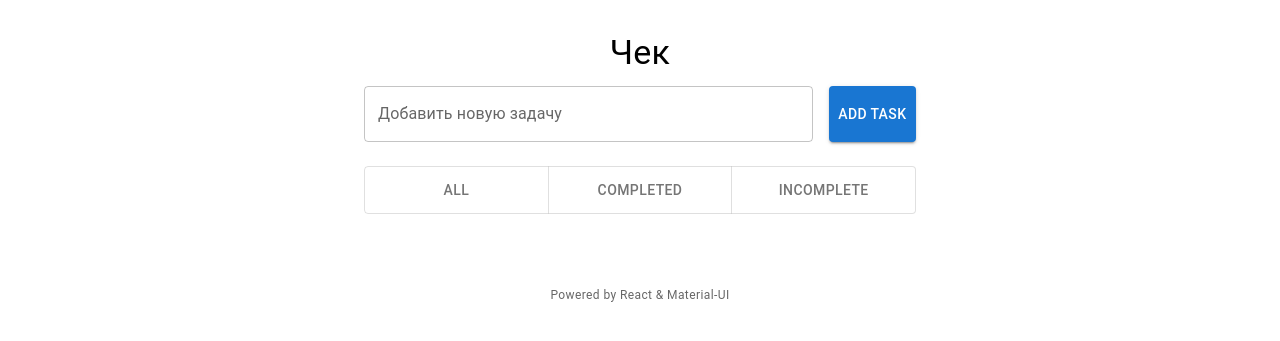
Repository: tobiaskoira/simple_web_service
Page: / (app in client/)
An editor plug-in stored every save of this project. The page is shown before and after the next save, followed by the edit.
The browser window is 1280 px wide. The pictures show the whole page.
The page's requests for data from a server got no answer. The project was rebuilt for these pictures with package versions that can differ from the ones it lists, and the page was loaded fresh each time. No one was signed in, and anything a server would have sent is missing.

Above is the page before, as saved 2024-12-22 23:31:13.

After the next save:
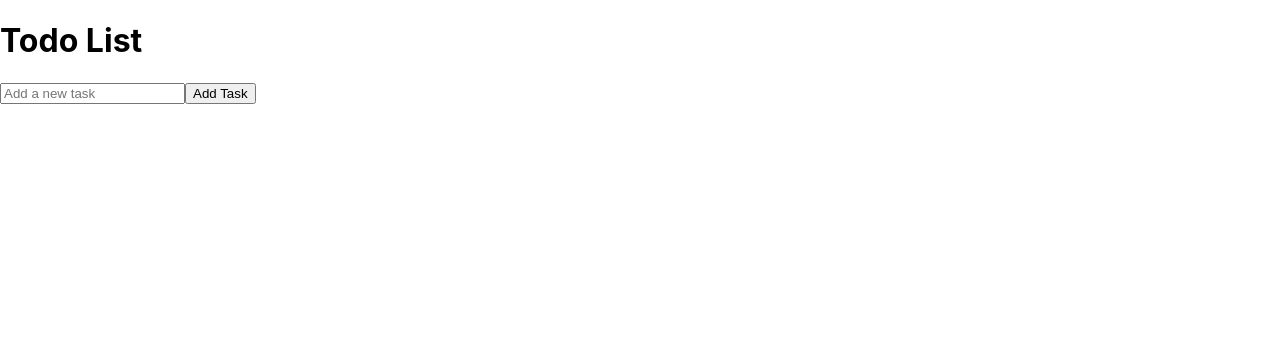
Saved 10 s later.
--- a/client/src/App.js
+++ b/client/src/App.js
@@ -1,24 +1,8 @@
 import React, { useState, useEffect } from 'react';
-import {
-    Container,
-    Typography,
-    TextField,
-    Button,
-    List,
-    ListItem,
-    ListItemText,
-    IconButton,
-    Checkbox,
-    ToggleButtonGroup,
-    ToggleButton,
-    Box,
-} from '@mui/material';
-import DeleteIcon from '@mui/icons-material/Delete';
 
 const App = () => {
     const [tasks, setTasks] = useState([]);
     const [newTask, setNewTask] = useState('');
-    const [filter, setFilter] = useState('all'); // all, completed, incomplete
 
     // Fetch tasks from backend
     useEffect(() => {
@@ -46,104 +30,24 @@ const App = () => {
         setTasks(tasks.filter((task) => task._id !== id));
     };
 
-    // Toggle task completion
-    const toggleCompletion = async (id, completed) => {
-        const response = await fetch(`http://localhost:5000/tasks/${id}`, {
-            method: 'PATCH',
-            headers: { 'Content-Type': 'application/json' },
-            body: JSON.stringify({ completed: !completed }),
-        });
-        const updatedTask = await response.json();
-        setTasks(
-            tasks.map((task) => (task._id === updatedTask._id ? updatedTask : task))
-        );
-    };
-
-    // Handle task filtering
-    const filteredTasks = tasks.filter((task) => {
-        if (filter === 'completed') return task.completed;
-        if (filter === 'incomplete') return !task.completed;
-        return true;
-    });
-
     return (
-        <Container maxWidth="sm" sx={{ mt: 4 }}>
-            <Typography variant="h4" align="center" gutterBottom>
-                Чек
-            </Typography>
-
-            {/* Task input */}
-            <Box sx={{ display: 'flex', gap: 2, mb: 3 }}>
-                <TextField
-                    variant="outlined"
-                    fullWidth
-                    label="Добавить новую задачу"
-                    value={newTask}
-                    onChange={(e) => setNewTask(e.target.value)}
-                />
-                <Button
-                    variant="contained"
-                    color="primary"
-                    onClick={addTask}
-                    sx={{ whiteSpace: 'nowrap' }}
-                >
-                    Add Task
-                </Button>
-            </Box>
-
-            {/* Filter toggle buttons */}
-            <ToggleButtonGroup
-                value={filter}
-                exclusive
-                onChange={(e, newFilter) => setFilter(newFilter || 'all')}
-                fullWidth
-                sx={{ mb: 3 }}
-            >
-                <ToggleButton value="Все">All</ToggleButton>
-                <ToggleButton value="Завершены">Completed</ToggleButton>
-                <ToggleButton value="В процессе">Incomplete</ToggleButton>
-            </ToggleButtonGroup>
-
-            {/* Task list */}
-            <List>
-                {filteredTasks.map((task) => (
-                    <ListItem
-                        key={task._id}
-                        secondaryAction={
-                            <IconButton
-                                edge="end"
-                                aria-label="delete"
-                                onClick={() => deleteTask(task._id)}
-                            >
-                                <DeleteIcon />
-                            </IconButton>
-                        }
-                    >
-                        <Checkbox
-                            checked={task.completed}
-                            onChange={() =>
-                                toggleCompletion(task._id, task.completed)
-                            }
-                        />
-                        <ListItemText
-                            primary={task.title}
-                            secondary={task.completed ? 'Completed' : 'Incomplete'}
-                        />
-                    </ListItem>
+        <div>
+            <h1>Todo List</h1>
+            <input
+                type="text"
+                value={newTask}
+                onChange={(e) => setNewTask(e.target.value)}
+                placeholder="Add a new task"
+            />
+            <button onClick={addTask}>Add Task</button>
+            <ul>
+                {tasks.map((task) => (
+                    <li key={task._id}>
+                        {task.title} <button onClick={() => deleteTask(task._id)}>Delete</button>
+                    </li>
                 ))}
-            </List>
-
-            {/* Footer */}
-            <Typography
-                variant="caption"
-                display="block"
-                align="center"
-                color="textSecondary"
-                sx={{ mt: 4 }}
-            >
-                Powered by React & Material-UI
-            </Typography>
-        </Container>
+            </ul>
+        </div>
     );
 };
 
